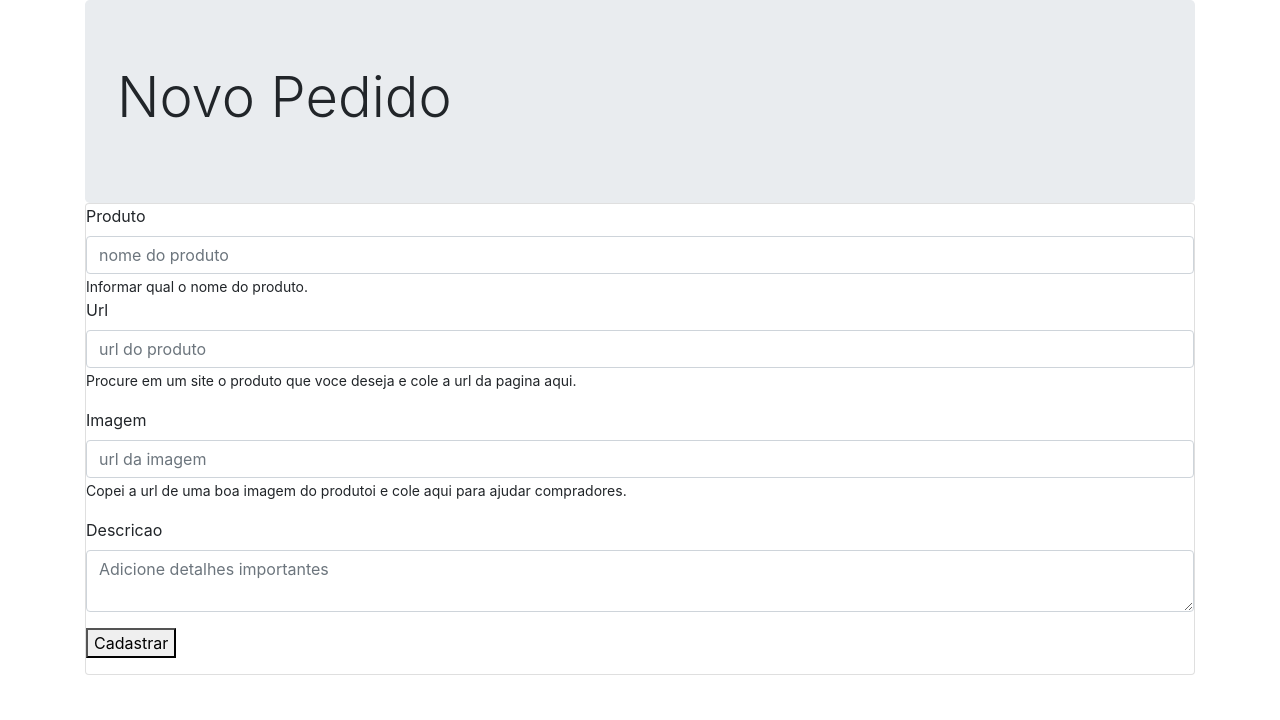
Repository: PedroKarasudani/Spring_MVC
Page: http://localhost/pedido/formulario
These files come from the project's save history. The page is drawn as it stood at one moment and after the next save; the edit follows.
The browser window is 1280 px wide. The pictures show the whole page.
The page is this project's Thymeleaf template; nobody is signed in. The template is opened directly, without the code that normally fills it, so the values that code supplies are empty.

Above is the page before, as saved 2023-10-25 00:39:08.

### mudi/src/main/resources/templates/pedido/formulario.html
<!DOCTYPE html>
<html>

<head>
	<meta charset="UTF-8" />
	<title>Pedido</title>
	<link rel="stylesheet" href="https://cdn.jsdelivr.net/npm/bootstrap@4.6.2/dist/css/bootstrap.min.css"
		integrity="sha384-xOolHFLEh07PJGoPkLv1IbcEPTNtaed2xpHsD9ESMhqIYd0nLMwNLD69Npy4HI+N" crossorigin="anonymous">
</head>

<body>
	<div class="container">
		<div class="jumbotron mb-0">
			<h1 class="display-4">Novo Pedido</h1>
		</div>
		<div class="card">
			<form action="/pedido/novo" method="POST">
				<div class="form-group">
					<label for="nomeProduto">Produto</label>
					<input class="form-control" name="nomeProduto" placeholder="nome do produto"/>
					<small>Informar qual o nome do produto.</small>
				</divclass="form-group">
				<div class="form-group">
					<label for="urlProduto">Url</label>
					<input class="form-control" name="urlProduto" placeholder="url do produto"/>
					<small>Procure em um site o produto que voce deseja e cole a url da pagina aqui.</small>
				</div>
				<div class="form-group">
					<label for="urlImagem">Imagem</label>
					<input class="form-control" name="urlImagem" placeholder="url da imagem"/>
					<small>Copei a url de uma boa imagem do produtoi e cole aqui para ajudar compradores.</small>
				</div>
				<div class="form-group">
					<label for="descricao">Descricao</label>
					<textarea class="form-control" name="descricao" placeholder="Adicione detalhes importantes"></textarea>
				</div>
				<button type="submit">Cadastrar</button>
			</form>
		</div>
	</div>
</body>

</html>

After the next save:
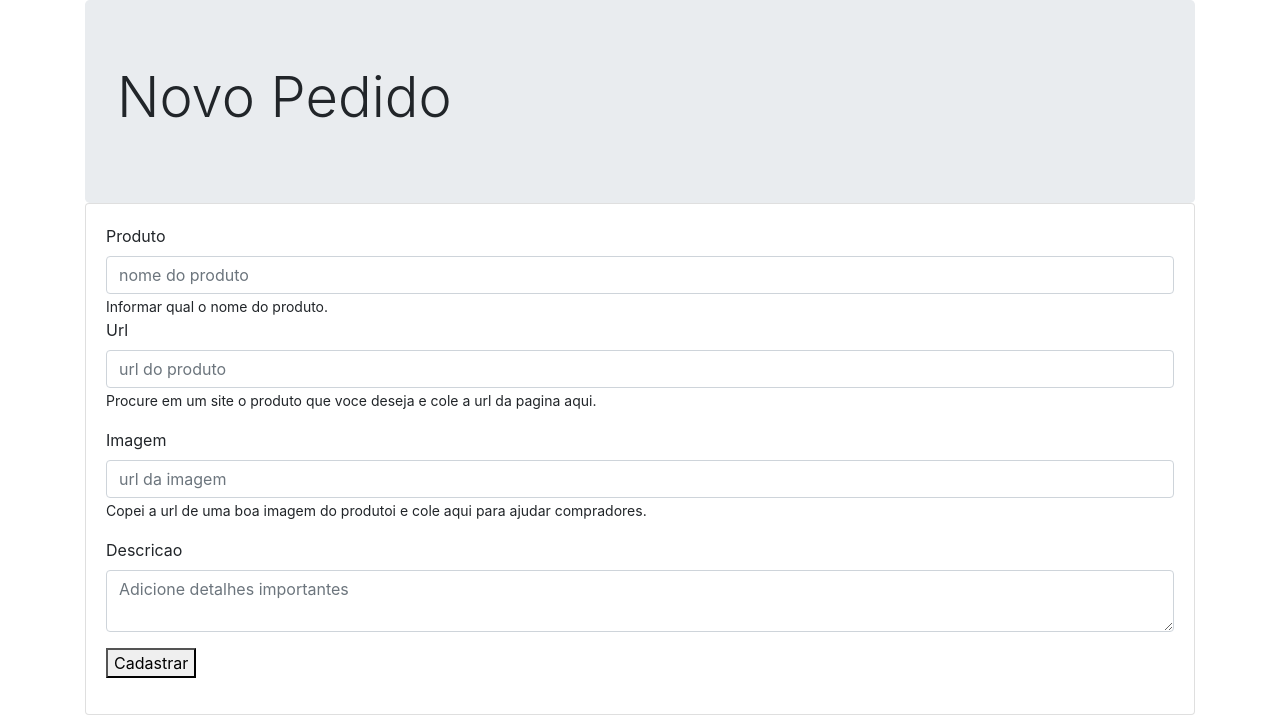
Saved 37 s later.
--- a/mudi/src/main/resources/templates/pedido/formulario.html
+++ b/mudi/src/main/resources/templates/pedido/formulario.html
@@ -14,7 +14,7 @@
 			<h1 class="display-4">Novo Pedido</h1>
 		</div>
 		<div class="card">
-			<form action="/pedido/novo" method="POST">
+			<form class="card-body" action="/pedido/novo" method="POST">
 				<div class="form-group">
 					<label for="nomeProduto">Produto</label>
 					<input class="form-control" name="nomeProduto" placeholder="nome do produto"/>
